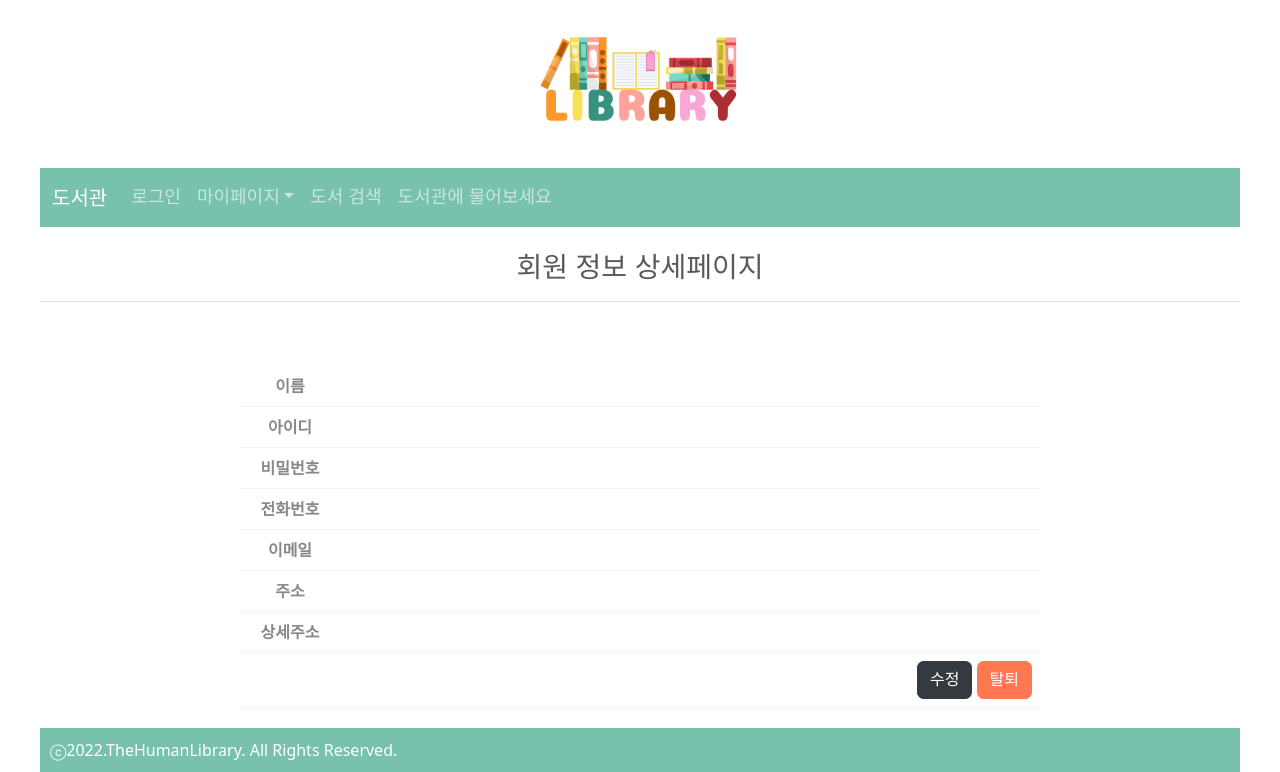
Repository: ahnbin00/Library
Page: http://localhost/BookRental/WEB-INF/book/manageMember.jsp
These files come from the project's save history. The page is drawn as it stood at one moment and after the next save; the edit follows.
The browser window is 1280 px wide. The pictures show the whole page.
Some web fonts or font styles are not loaded; a fallback is used. Some web libraries are served in a nearby version. The page is served by Tomcat 9. Nobody is signed in. Other server files are loaded and not shown. The template is opened directly, without the code that normally fills it, so the values that code supplies are empty.

Above is the page before, as saved 2022-12-22 07:41:24.

### BookRental/src/main/webapp/WEB-INF/book/manageMember.jsp
<%@ page language="java" contentType="text/html; charset=UTF-8"
    pageEncoding="UTF-8"%>
<!DOCTYPE html>
<html>
<head>
<meta charset="UTF-8">
<link rel="stylesheet"
   href="resources/bootstrap.css">
   <link rel="stylesheet" href="https://cdn.jsdelivr.net/npm/bootstrap-icons@1.7.1/font/bootstrap-icons.css">
<title>회원 정보 상세페이지</title>

<style type="text/css">
@import url('https://fonts.googleapis.com/css2?family=Jua&display=swap');
body
{
  margin: 0 auto;
  width: 300px;
}
th{
	100px;
}
.textLeft{
text-align: left
}
</style>
</head>
<body style="width:1200px; text-align:center; margin: 0 auto;" >
	   <header>
      <h1 style="text-align: center; padding-top: 30px; padding-bottom: 30px;"><img alt="로고" src="resources/logo.png" width="200px" height="100px"></h1>
   </header>
   <nav>
   <%@ include file="/WEB-INF/book/banner.jsp" %>
   </nav>
   <br>
	<h3>회원 정보 상세페이지</h3>
	<hr>
	<div align="left">
		<br><br>
	</div>
	<table class="table" style="width: 800px;margin: 0 auto">
		<tr>
			<th scope="row" width="100px">이름</th>
			<td class="textLeft">${member.name} </td>
		</tr>
		<tr>
	      	<th scope="row">아이디</th>
	      	<td class="textLeft">${member.id }</td>
    	</tr>
    	<tr>
	      	<th scope="row">비밀번호</th>
	      	<td class="textLeft">${member.password }</td>
    	</tr>
    	<tr>
    		<th scope="row">전화번호</th>
	      	<td class="textLeft">${member.phone }</td>
    	</tr>
    	<tr>
    		<th scope="row">이메일</th>
	      	<td class="textLeft">${member.mail }</td>
    	</tr>
    	<tr>
    		<th scope="row">주소</th>
	      	<td class="textLeft">${member.address2 }</td>
    	</tr>
    	<tr>
    		<th scope="row">상세주소</th>
	      	<td class="textLeft">${member.address_detail }</td>
    	</tr>
    	<tr>
    		<th></th>
    		<td align="right">
    			<button type="button" class="btn btn-dark" onclick="location.href='getMemberManage.do?id=${member.id }'">수정</button>
	    		<button type="button" class="btn btn-danger" onclick="location.href='deleteMemberManage.do?id=${member.id }'">탈퇴</button>
	    	</td>
    	</tr>
	</table>
	</div>

	<%@ include file="/WEB-INF/book/footer.jsp" %>
</body>
</html>

### BookRental/src/main/webapp/WEB-INF/book/banner.jsp
<%@ page language="java" contentType="text/html; charset=UTF-8"
   pageEncoding="UTF-8"%>
<%@ taglib prefix="c" uri="http://java.sun.com/jsp/jstl/core" %>
<!DOCTYPE html>
<html>
<head>
<meta charset="UTF-8">
<link rel="stylesheet"
   href="../resources/bootstrap.css">
   <script src="https://cdn.jsdelivr.net/npm/bootstrap@5.2.2/dist/js/bootstrap.bundle.min.js" integrity="sha384-OERcA2EqjJCMA+/3y+gxIOqMEjwtxJY7qPCqsdltbNJuaOe923+mo//f6V8Qbsw3" crossorigin="anonymous"></script>
<title>상단 메인 배너</title>
<style type="text/css">
@import url('https://fonts.googleapis.com/css2?family=Jua&display=swap');
body ul, a{
font-family: 'Jua', sans-serif;
}
</style>
</head>
<body style="width:1200px;">
<nav class="navbar navbar-expand-lg navbar-dark bg-primary">
  <div class="container-fluid">
    <a class="navbar-brand" href="index.do">도서관</a>
    <button class="navbar-toggler" type="button" data-bs-toggle="collapse" data-bs-target="#navbarColor01" aria-controls="navbarColor01" aria-expanded="false" aria-label="Toggle navigation">
      <span class="navbar-toggler-icon"></span>
    </button>
    <div class="collapse navbar-collapse" id="navbarColor01">
      <ul class="navbar-nav me-auto">
        <li class="nav-item">
        <c:choose>
         <c:when test="${empty id }">
            <a class="nav-link" href="login.do" style="font-size:18px">로그인
            <span class="visually-hidden">(current)</span>
             </a>
         </c:when>
         <c:otherwise>
             <a class="nav-link" href="logout.do" style="font-size:18px">로그아웃
             <span class="visually-hidden">(current)</span>
             </a>
         </c:otherwise>
         </c:choose>
         <c:if test="${id eq 'admin' }">
        	<li class="nav-item">
			<a class="nav-link" href="getMemberList.do">회원 관리</a>
			</li>
			<li class="nav-item">
			<a class="nav-link" href="getBookListManage.do">도서 관리</a>
			</li>
			<li class="nav-item">
			<a class="nav-link" href="getRentalList.do">대여 현황</a>
			</li>
			<li class="nav-item">
			<a class="nav-link" href="getQnaListManage.do">도서관에 물어보세요</a>
			</li>
         </c:if>
        </li>
        <c:if test="${id ne 'admin' }">
        <li class="nav-item dropdown">
          <a class="nav-link dropdown-toggle" data-bs-toggle="dropdown" role="button" aria-haspopup="true" aria-expanded="false" style="font-size:18px">마이페이지</a>
          <div class="dropdown-menu">
             <c:choose>
             <c:when test="${empty id }">
             <a class="dropdown-item" href="login.do" style="font-size:18px">회원정보수정</a>
            <a class="dropdown-item" href="login.do" style="font-size:18px">회원대출정보</a>
             </c:when>
             <c:otherwise>
             <a class="dropdown-item" href="getMember.do?id=${id}" style="font-size:18px">회원정보수정</a>
            <a class="dropdown-item" href="memberRental.do?id=${id}" style="font-size:18px">회원대출정보</a>
             </c:otherwise>
             </c:choose>
          </div>
        </li>
        <li class="nav-item">
          <a class="nav-link" href="getBookList.do" style="font-size:18px">도서 검색</a>
        </li>
        <li class="nav-item">
          <a class="nav-link" href="getQnaList.do" style="font-size:18px">도서관에 물어보세요</a>
        </li>
      </ul>
      </c:if>
<!--       <form class="d-flex"> -->
<!--         <input class="form-control me-sm-2" type="text" placeholder="Search"> -->
<!--         <button class="btn btn-secondary my-2 my-sm-0" type="submit">Search</button> -->
<!--       </form> -->
    </div>
  </div>
</nav>

</body>
</html>

### BookRental/src/main/webapp/WEB-INF/book/footer.jsp
<%@ page language="java" contentType="text/html; charset=UTF-8"
    pageEncoding="UTF-8"%>
<!DOCTYPE html>
<html>
<head>
<meta charset="UTF-8">
<title>Insert title here</title>
<style type="text/css">
footer{
margin-top: 20px;
padding: 10px;
width: 1200px;
background-color: #78c2ad;
text-align: left;
color: white;
}
</style>
</head>
<body>

   <footer>
		ⓒ2022.TheHumanLibrary. All Rights Reserved.
   </footer>

</body>
</html>

Loaded but not shown: BookRental/src/main/webapp/resources/bootstrap.css (library)

After the next save:
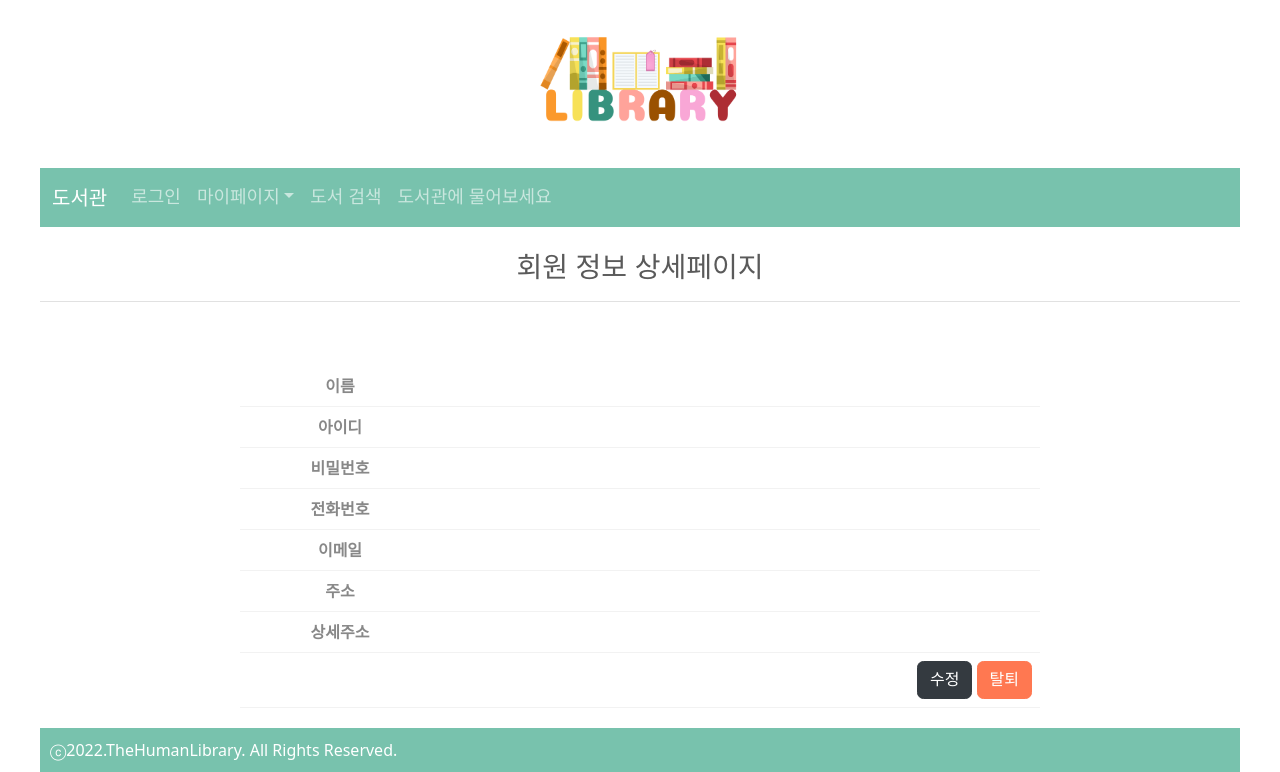
Saved 32 s later.
--- a/BookRental/src/main/webapp/WEB-INF/book/manageMember.jsp
+++ b/BookRental/src/main/webapp/WEB-INF/book/manageMember.jsp
@@ -17,7 +17,7 @@ body
   width: 300px;
 }
 th{
-	100px;
+	width: 200px;
 }
 .textLeft{
 text-align: left
